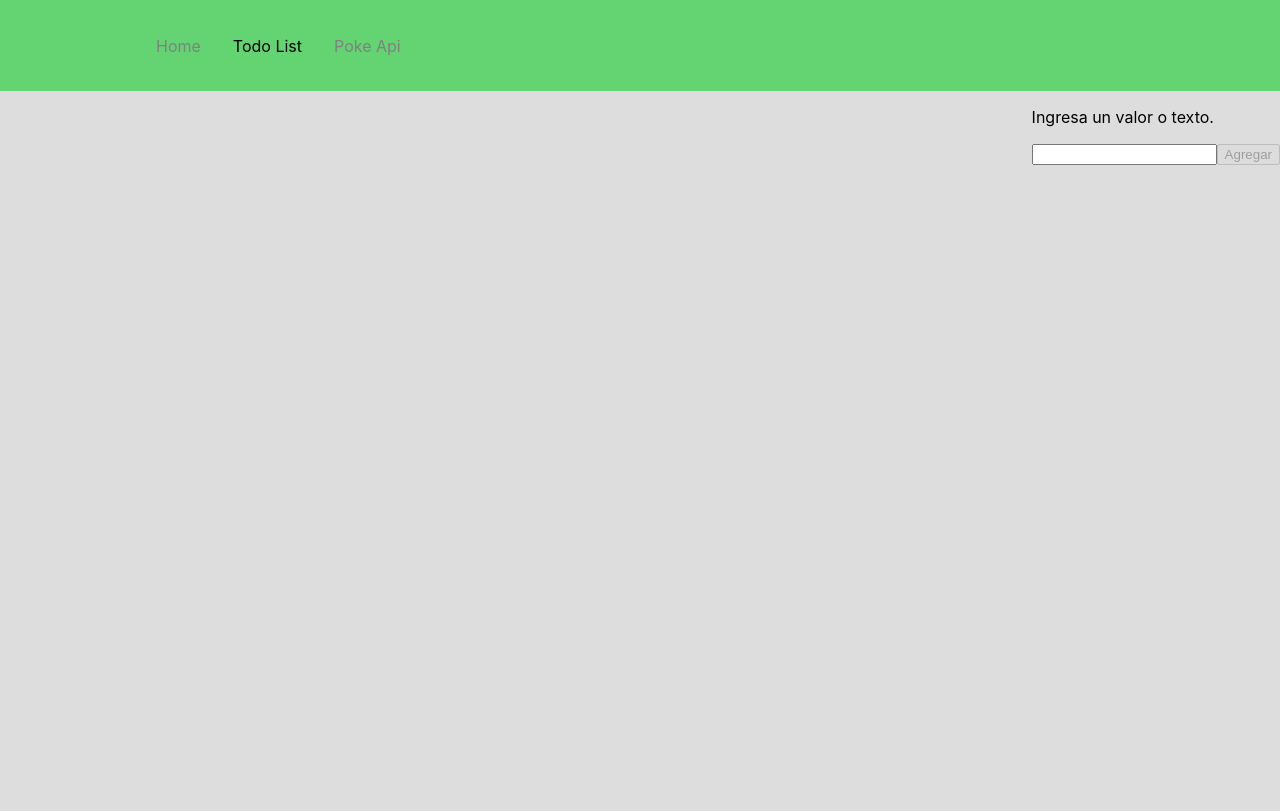
Repository: lucas-itup/react
Page: /todoList
These files come from the project's save history. The page is drawn as it stood at one moment and after the next save; the edit follows.
The browser window is 1280 px wide. The pictures show the whole page.
The project was rebuilt for these pictures with package versions that can differ from the ones it lists, and the page was loaded fresh each time. Also part of the build but not shown: src/pages/home.jsx, src/components/PokeApi.jsx, src/pages/pokeapi.jsx, src/components/Checkbox.jsx.

Above is the page before, as saved 2022-12-04 23:33:59.

After the next save:
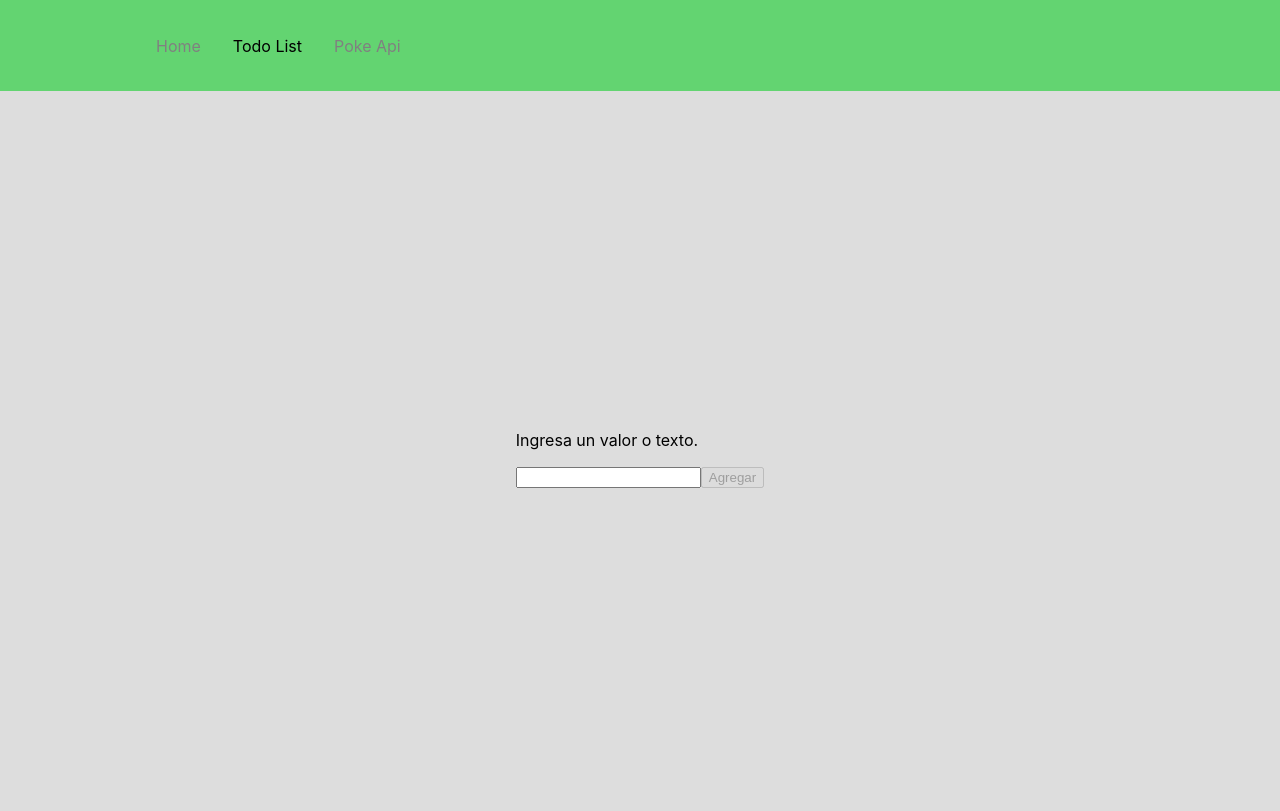
Saved 4 min 25 s later.
--- a/src/pages/todolist.jsx
+++ b/src/pages/todolist.jsx
@@ -5,8 +5,8 @@ const toDoList = () => {
     <div
       style={{
         display: 'flex',
-        justifyContent: 'Right',
-        alignItems: 'Right',
+        justifyContent: 'center',
+        alignItems: 'center',
         height: '100vh'
       }}
     >
